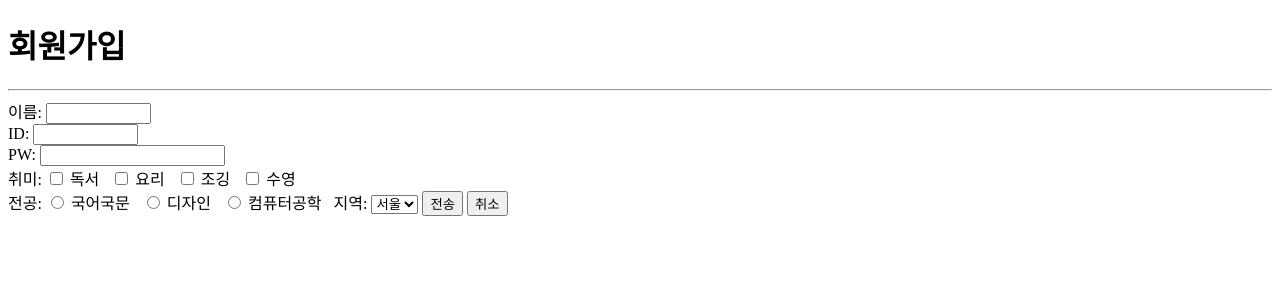
Repository: xxihyun0830/JSP
Page: http://localhost/02_GetPost/ex_join.jsp
The author's editor kept a copy of each file at every save. The page is drawn from the files as they stood at one save, then again after the next save.
The browser window is 1280 px wide. The pictures show the whole page.
The page is served by Tomcat 9.

Above is the page before, as saved 2019-07-14 15:52:58.

After the next save:
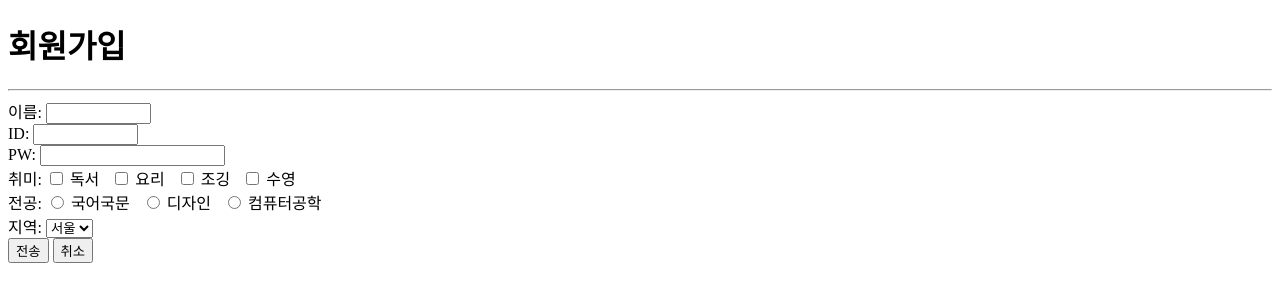
Saved 33 s later.
--- a/02_GetPost/WebContent/ex_join.jsp
+++ b/02_GetPost/WebContent/ex_join.jsp
@@ -21,7 +21,8 @@ PW: <input type = "password" name = "Pw" size = "20"> <br>
 
 전공: <input type = "radio" name = "Major"  value = "국어국문학과"> 국어국문 &nbsp;
      <input type = "radio" name = "Major" value = "디자인학과"> 디자인 &nbsp;
-     <input type = "radio" name = "Major" value = "컴퓨터공학과"> 컴퓨터공학 &nbsp;
+     <input type = "radio" name = "Major" value = "컴퓨터공학과"> 컴퓨터공학 &nbsp; <br>
+
 지역: <select name = "Region">
         <option> 서울 </option>
         <option> 대전 </option>
@@ -29,7 +30,7 @@ PW: <input type = "password" name = "Pw" size = "20"> <br>
         <option> 부산 </option>
         <option> 광주 </option>
      </select>
-
+<br>
 <input type = "submit" value="전송">
 <input type = "reset" value = "취소">
 </form>
